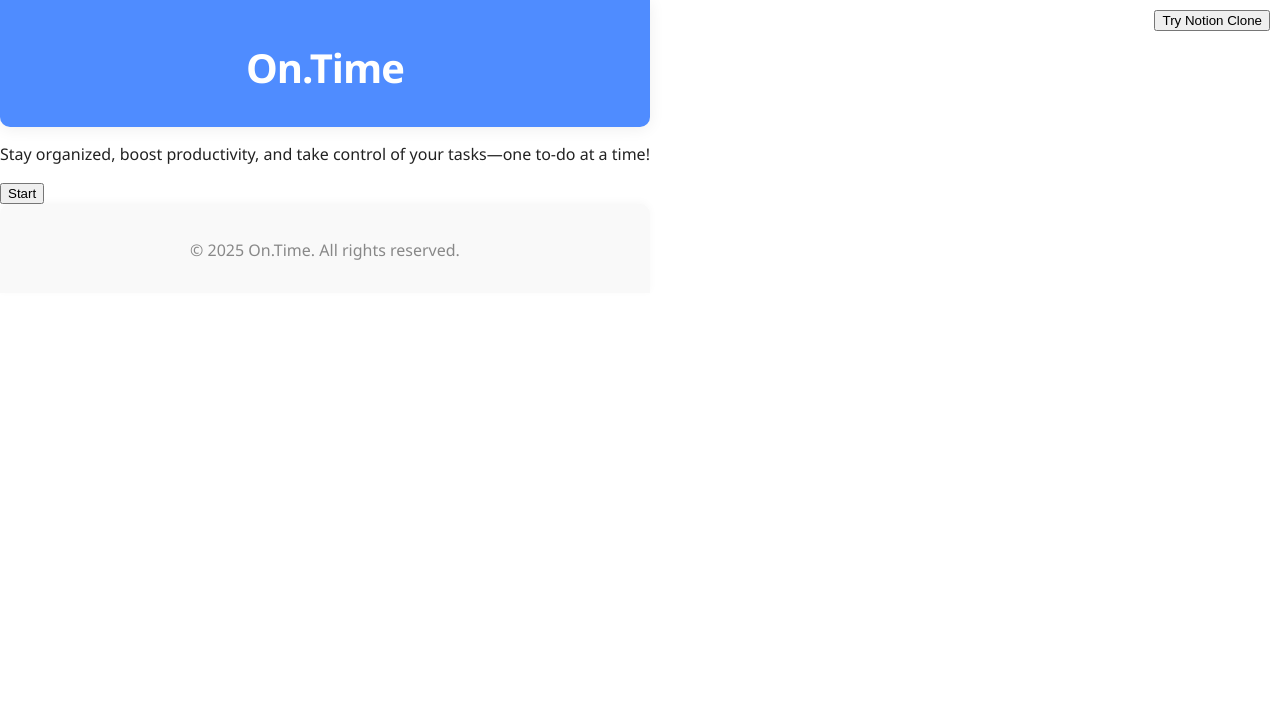
Repository: kirankumarwq/On-Time
Page: index.html
The author's editor kept a copy of each file at every save. The page is drawn from the files as they stood at one save, then again after the next save.
The browser window is 1280 px wide. The pictures show the whole page.

Above is the page before, as saved 2025-06-09 16:24:59.

After the next save:
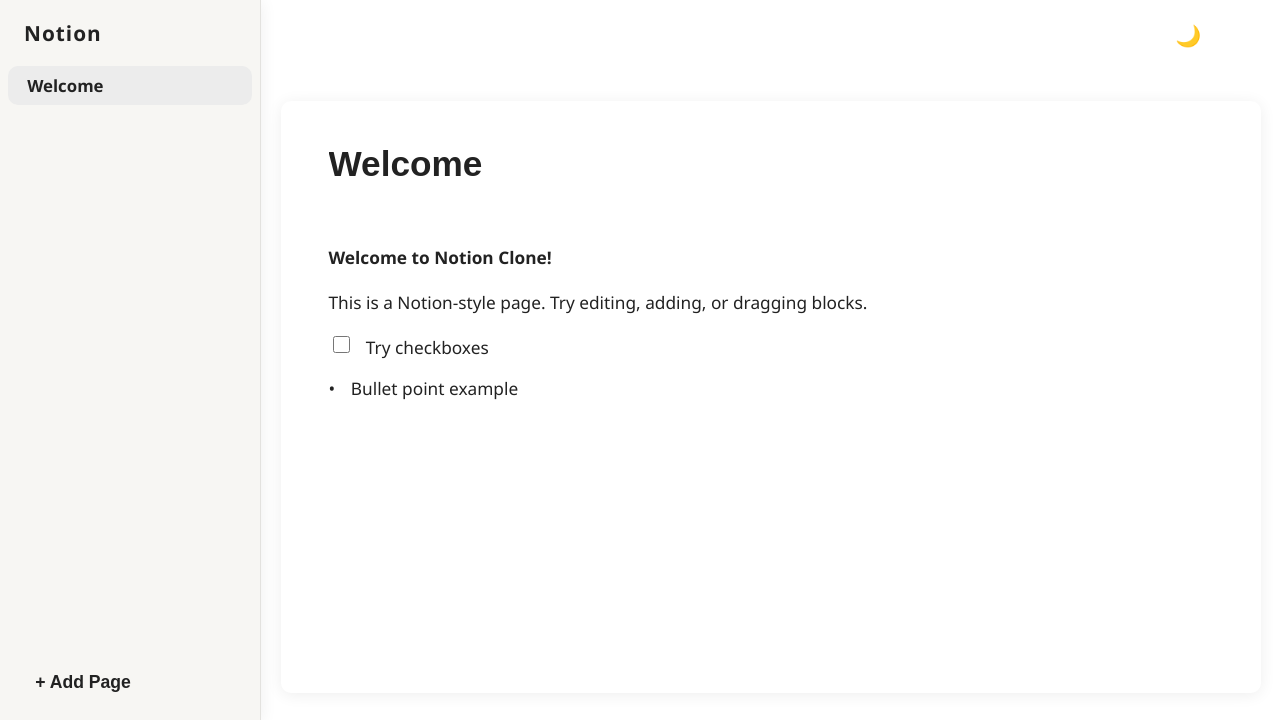
Saved 4 min 10 s later.
--- a/index.html
+++ b/index.html
@@ -1,113 +1,28 @@
 <!DOCTYPE html>
 <html lang="en">
 <head>
-    <meta charset="UTF-8">
-    <meta name="viewport" content="width=device-width, initial-scale=1.0">
-    <title>On.Time-Task manager</title>
-    <link rel="stylesheet" href="style.css">
-    <script src="script.js" defer></script>
+  <meta charset="UTF-8">
+  <meta name="viewport" content="width=device-width, initial-scale=1.0">
+  <title>Notion Clone</title>
+  <link rel="stylesheet" href="notion.css">
 </head>
 <body>
-    <!-- Landing Page -->
-    <div class="landing-page" id="landing-page">
-        <header>
-            <h1>On.Time</h1>
-        </header>
-    <div class="spacer"></div>
-        <p>Stay organized, boost productivity, and take control of your tasks—one to-do at a time!</p>
-        <button id="get-started">Start</button>
-
-        <footer>
-            <p>&copy; 2025 On.Time. All rights reserved.</p>
-        </footer>
-    </div>
-
-    <!-- Task Manager Page -->
-    <div id="task-manager" class="task-manager" style="display: none;">
-        <!-- Left Panel -->
-        <div class="left-panel">
-            <h1 class="logo">on.time</h1>
-            <div class="tabs">
-                <button class="tab active" id="schedule-tab">Schedule</button>
-                <button class="tab" id="note-tab">Note</button>
-            </div>
-            <div class="calendar">
-                <div class="calendar-header">
-                    <button class="calendar-nav" id="prev-month">&#60;</button>
-                    <span class="calendar-month" id="calendar-month">SEPTEMBER 2021</span>
-                    <button class="calendar-nav" id="next-month">&#62;</button>
-                </div>
-                <div class="calendar-grid" id="calendar-grid">
-                    <!-- Calendar will be rendered by JS -->
-                </div>
-            </div>
-        </div>
-        <!-- Right Panel -->
-        <div class="right-panel">
-            <div class="header">
-                <h2 id="panel-title">Schedule</h2>
-            </div>
-            <div class="timeline" id="timeline">
-                <!-- Timeline items will be rendered by JS -->
-            </div>
-        </div>
-        <button class="fab" id="add-task-btn" title="Add Task or Note">+</button>
-    </div>
-    <!-- Modal for Add/Edit Task/Note -->
-    <div class="modal" id="modal" style="display:none;">
-      <form class="modal-content" id="modal-form">
-        <h2 id="modal-title">Add Schedule</h2>
-        <label for="modal-title-input">Title</label>
-        <input type="text" id="modal-title-input" name="title" required />
-        <div id="schedule-fields">
-          <label for="modal-start-date-input">Start Date</label>
-          <input type="date" id="modal-start-date-input" name="startDate" required />
-          <label for="modal-due-date-input">Due Date</label>
-          <input type="date" id="modal-due-date-input" name="dueDate" required />
-          <label for="modal-status-input">Status</label>
-          <select id="modal-status-input" name="status">
-            <option value="Not Started">Not Started</option>
-            <option value="Started">Started</option>
-            <option value="Finished">Finished</option>
-          </select>
-        </div>
-        <label for="modal-notes-input">Notes</label>
-        <textarea id="modal-notes-input" name="notes"></textarea>
-        <div class="modal-actions">
-          <button type="submit">Save</button>
-          <button type="button" class="cancel" id="modal-cancel">Cancel</button>
-        </div>
-      </form>
-    </div>
-
-    <div id="notion-root" data-theme="light" style="display:none;">
-      <nav class="notion-sidebar">
-        <div class="notion-sidebar-header">Notion</div>
-        <div class="notion-sidebar-pages" id="notion-sidebar-pages">
-          <!-- Pages will be rendered by JS -->
-        </div>
-        <button class="notion-sidebar-add" id="notion-add-page">+ Add Page</button>
-      </nav>
-      <main class="notion-main">
-        <div class="notion-toolbar">
-          <button class="notion-toggle-theme" id="notion-toggle-theme" title="Toggle light/dark mode">🌙</button>
-        </div>
-        <section class="notion-page" id="notion-page">
-          <input class="notion-page-title" id="notion-page-title" value="Welcome to Notion Clone" />
-          <div class="notion-blocks" id="notion-blocks">
-            <!-- Blocks will be rendered by JS -->
-          </div>
-        </section>
-      </main>
-    </div>
-    <link rel="stylesheet" href="notion.css">
-    <script src="notion.js"></script>
-    <button id="show-notion-btn" style="position:fixed;top:10px;right:10px;z-index:9999;">Try Notion Clone</button>
-    <script>
-    document.getElementById('show-notion-btn').onclick = function() {
-      if (window.showNotion) window.showNotion();
-      document.getElementById('show-notion-btn').style.display = 'none';
-    };
-    </script>
+  <div id="notion-root" data-theme="light">
+    <nav class="notion-sidebar">
+      <div class="notion-sidebar-header">Notion</div>
+      <div class="notion-sidebar-pages" id="notion-sidebar-pages"></div>
+      <button class="notion-sidebar-add" id="notion-add-page">+ Add Page</button>
+    </nav>
+    <main class="notion-main">
+      <div class="notion-toolbar">
+        <button class="notion-toggle-theme" id="notion-toggle-theme" title="Toggle light/dark mode">🌙</button>
+      </div>
+      <section class="notion-page" id="notion-page">
+        <input class="notion-page-title" id="notion-page-title" value="Welcome to Notion Clone" />
+        <div class="notion-blocks" id="notion-blocks"></div>
+      </section>
+    </main>
+  </div>
+  <script src="notion.js"></script>
 </body>
 </html>
